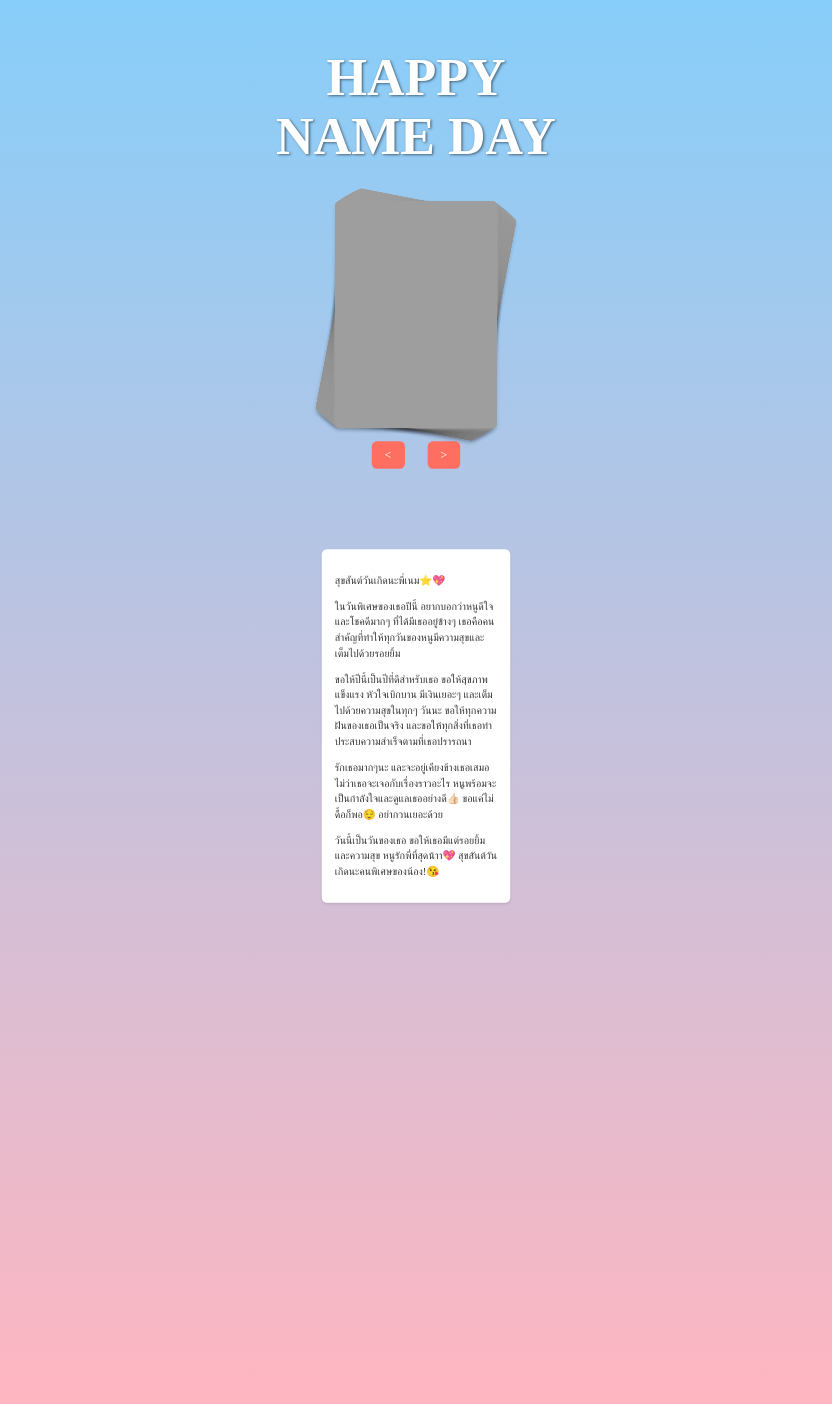
Repository: naps00/BIRTHDAY
Page: /details
An editor plug-in stored every save of this project. The page is shown before and after the next save, followed by the edit.
The browser window is 1280 px wide. The pictures show the whole page, at 65% of full size.
Pictures or frames that could not be fetched are drawn as grey boxes. The project was rebuilt for these pictures with package versions that can differ from the ones it lists, and the page was loaded fresh each time.

Above is the page before, as saved 2024-12-12 20:19:36.

After the next save:
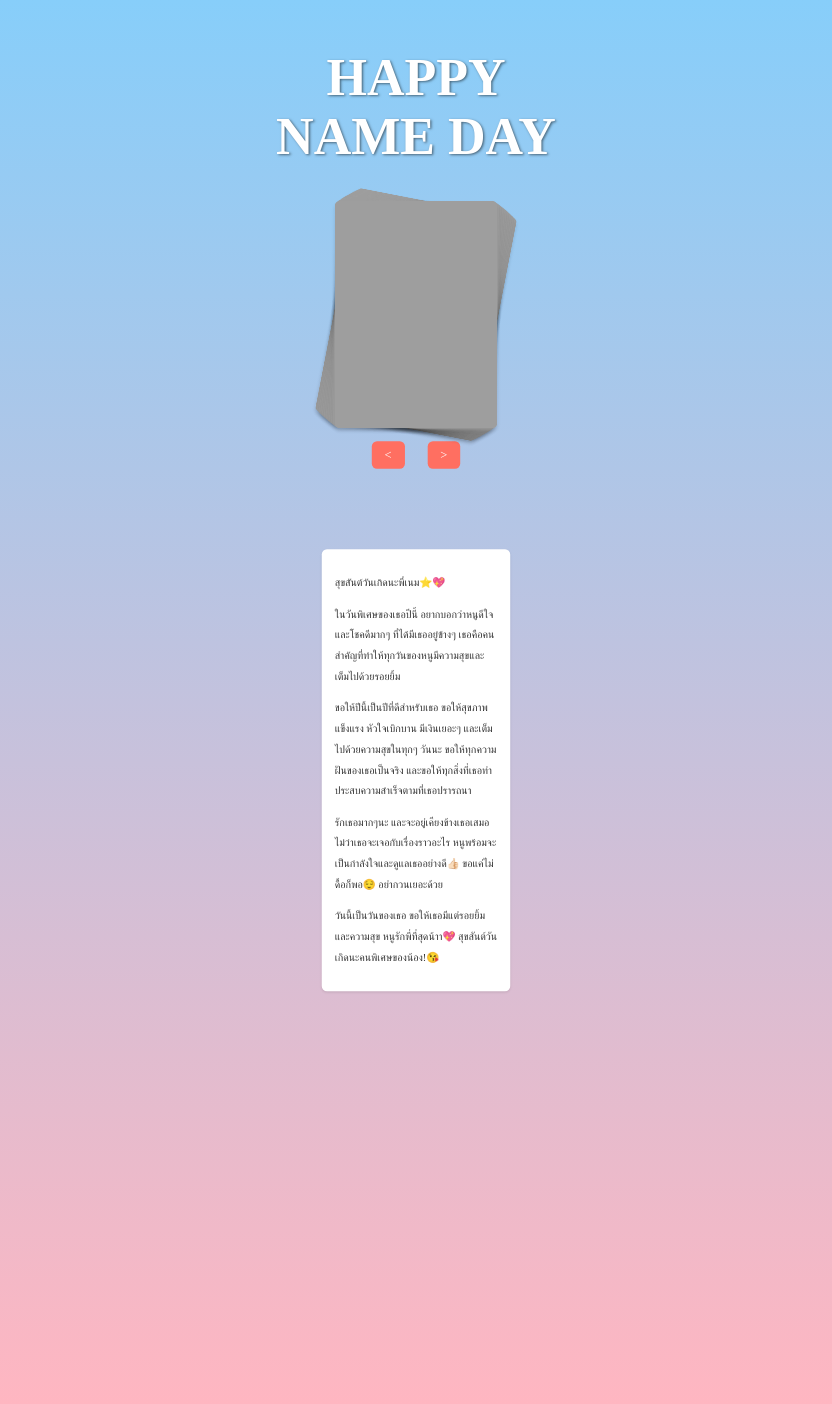
Saved 52 s later.
--- a/src/details.js
+++ b/src/details.js
@@ -90,7 +90,7 @@ function Details() {
           boxShadow: '0 2px 4px rgba(0, 0, 0, 0.1)',
           textAlign: 'left',
           fontSize: '16px',
-          lineHeight: '1.5',
+          lineHeight: '2',
         }}
       >
   <p>สุขสันต์วันเกิดนะพี่เนม⭐️💖</p>
